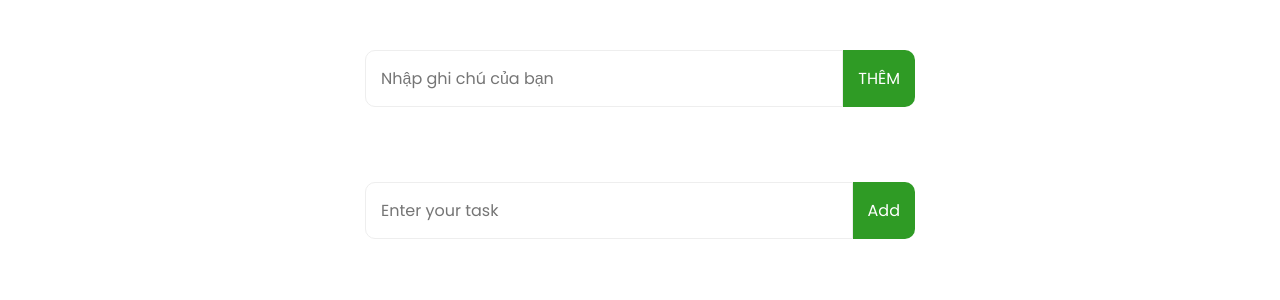
Repository: Nqvinh7603/TO-DO-LIST
Page: index.html
The author's editor kept a copy of each file at every save. The page is drawn from the files as they stood at one save, then again after the next save.
The browser window is 1280 px wide. The pictures show the whole page.

Above is the page before, as saved 2023-12-28 10:40:21.

After the next save:
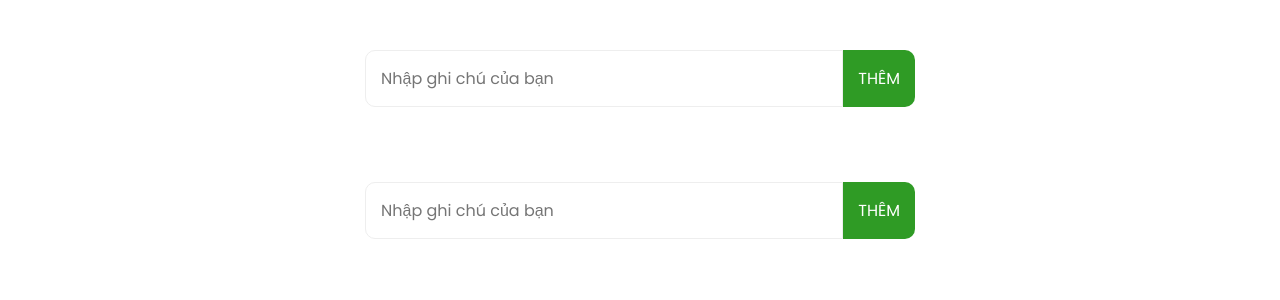
Saved 48 s later.
--- a/ToDoList.js
+++ b/ToDoList.js
@@ -39,12 +39,12 @@ class View {
 
     this.input = this.createElement("input", "todo-input");
     this.input.type = "text";
-    this.input.placeholder = "Enter your task";
+    this.input.placeholder = "Nhập ghi chú của bạn";
     this.input.name = "todo";
 
     this.submit = this.createElement("button", "todo-submit");
     this.submit.type = "submit";
-    this.submit.textContent = "Add";
+    this.submit.textContent = "THÊM";
 
     this.form.append(this.input, this.submit);
 
@@ -118,7 +118,6 @@ class Controller {
   constructor(model, view) {
     this.model = model;
     this.view = view;
-    // this.model.addTodo("Tran anh tuan");
     // this.view.displayTodos(this.model.todos);
     this.model.handleTodoChange(this.handleTodoChange);
     this.view.viewAddTodo(this.handleAddTodo);
